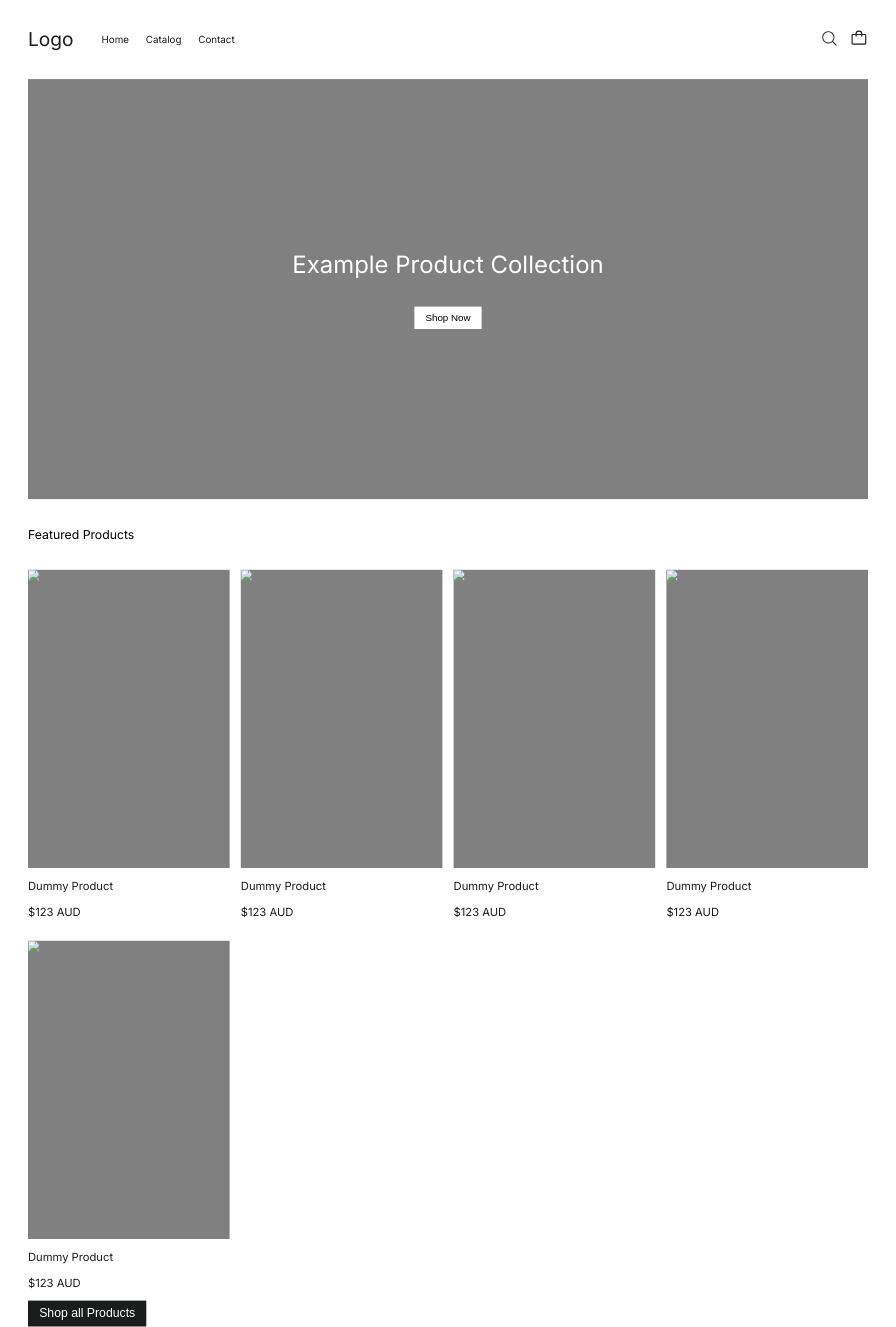
Repository: David-Waite/ecommercefrontendTemplate
Page: /
These files come from the project's save history. The page is drawn as it stood at one moment and after the next save; the edit follows.
The browser window is 1280 px wide. The pictures show the whole page, at 70% of full size.
The project was rebuilt for these pictures with package versions that can differ from the ones it lists, and the page was loaded fresh each time. The framework's server and built-in components were replaced by stand-ins that run in the browser. Also part of the build but not shown: next.config.js.

Above is the page before, as saved 2023-08-24 20:26:58.

### app/layout.js
import Nav from "./Components/Nav/Nav";
import "./globals.css";
import { Inter } from "next/font/google";

const inter = Inter({ subsets: ["latin"] });

export const metadata = {
  title: "Create Next App",
  description: "Generated by create next app",
};

export default function RootLayout({ children }) {
  return (
    <html lang="en">
      <body className={inter.className}>
        <Nav />
        {children}
      </body>
    </html>
  );
}

### app/page.js
import Image from "next/image";
import styles from "./page.module.css";
import Link from "next/link";
import PrimaryButton from "./Components/UI/PrimaryButton/PrimaryButton";
import ProductGrid from "./Components/UI/ProductsGrid/ProductGrid";
import ProductCard from "./Components/UI/ProductCard/ProductCard";

export default function Home() {
  const DUMMYFEATUREDPRODUCTS = [
    {
      id: "1",
      image: "",
      name: "Dummy Product",
      price: 123.0,
    },
    {
      id: "2",
      image: "",
      name: "Dummy Product",
      price: 123.0,
    },
    {
      id: "3",
      image: "",
      name: "Dummy Product",
      price: 123.0,
    },
    {
      id: "4",
      image: "",
      name: "Dummy Product",
      price: 123.0,
    },
    {
      id: "5",
      image: "",
      name: "Dummy Product",
      price: 123.0,
    },
  ];

  const featuredProducts = DUMMYFEATUREDPRODUCTS.map(
    ({ id, image, name, price }) => {
      return (
        <ProductCard
          key={id}
          image={image}
          name={name}
          price={price}
          id={id}
          fontSize={"var(--fontMinus1)"}
        />
      );
    }
  );
  return (
    <main className={styles.main}>
      <div className={styles.heroImage}>
        <h1>Example Product Collection</h1>
        <Link href={"#"}>
          <PrimaryButton text={"Shop Now"} />
        </Link>
      </div>

      <h2 className={styles.featuredProductHeading}>Featured Products</h2>
      <ProductGrid>{featuredProducts}</ProductGrid>

      <PrimaryButton
        text={"Shop all Products"}
        dark={true}
        fontSize={"var(--fontBase)"}
      />
    </main>
  );
}

### app/Components/Nav/Nav.js
"use client";
import Link from "next/link";
import { useState } from "react";
import {
  PiMagnifyingGlassLight,
  PiBag,
  PiListLight,
  PiXLight,
} from "react-icons/pi";
import styles from "./Nav.module.css";

export default function Nav() {
  const [navOpen, setNavOpen] = useState(false);

  function toggleMenu() {
    setNavOpen((prev) => !prev);
  }
  return (
    <nav className={styles.nav}>
      <div className={styles.menu} onClick={toggleMenu}>
        {!navOpen && <PiListLight fontSize={24} />}
        {navOpen && <PiXLight fontSize={24} />}
      </div>

      <div className={styles.moblieMenu} style={{ width: !navOpen && "0" }}>
        <Link href="/">Home</Link>
        <Link href="#">Catalog</Link>
        <Link href="#">Contact</Link>
      </div>
      <div className={styles.linksContainer}>
        <Link className={styles.logo} href="/">
          Logo
        </Link>
        <div className={styles.pagesContainer}>
          <Link href="/">Home</Link>
          <Link href="#">Catalog</Link>
          <Link href="#">Contact</Link>
        </div>
      </div>
      <div className={styles.iconsContainer}>
        <Link href="#">
          <PiMagnifyingGlassLight fontSize={26} />
        </Link>
        <Link href="#">
          <PiBag fontSize={26} />
        </Link>
      </div>
    </nav>
  );
}

### app/globals.css
:root {
  --primary: ;
  --black: #191d1b;
  --background: #ffffff;
  --white: #ffffff;
  --grey: #606060;
  --hoverGrey: #c5c5c5;
  --error: #a83c23;
  --max-width: 1500px;
  --fontBase: 17.5px;
  --fontPlus1: 21.88px;
  --fontPlus2: 27.34px;
  --fontPlus3: 34.18px;
  --fontMinus1: 14px;
  --fontMinus2: 11.2px;
  --marginMax: 40px;
  --margin1000: 32px;
  --marginMobile: 16px;
}

* {
  padding: 0;
  margin: 0;
  box-sizing: border-box;
}

### app/page.module.css
.main {
  margin: 0px auto;
  padding: 0px 40px;
  max-width: calc(var(--max-width) + 80px);
}
.heroImage {
  width: 100%;
  height: 600px;
  background-color: grey;
  display: flex;
  gap: 40px;
  flex-direction: column;
  align-items: center;
  justify-content: center;
}

.heroImage h1 {
  font-size: var(--fontPlus3);
  font-weight: 400;
  color: white;
}

.featuredProductHeading {
  margin: 40px 0;
  font-size: var(--fontBase);
  font-weight: 400;
}

@media (max-width: 1000px) {
  .main {
    padding: 0px var(--margin1000);
  }
}
@media (max-width: 768px) {
  .main {
    padding: 0px var(--marginMobile);
  }
}

### app/Components/UI/PrimaryButton/PrimaryButton.js
import Link from "next/link";
import styles from "./PrimaryButton.module.css";

export default function PrimaryButton({ text, fontSize, dark }) {
  return (
    <button
      className={`${styles.container} ${dark && styles.dark}`}
      style={{
        fontSize: fontSize,
        color: dark && "var(--white)",
      }}
    >
      {text}
    </button>
  );
}

### app/Components/UI/ProductsGrid/ProductGrid.js
import styles from "./ProductGrid.module.css";
export default function ProductGrid({ children }) {
  return <div className={styles.main}>{children}</div>;
}

### app/Components/UI/ProductCard/ProductCard.js
import Image from "next/image";
import Link from "next/link";
import styles from "./ProductCard.module.css";

export default function ProductCard({ image, name, price, id }) {
  return (
    <Link href={`/catalog/product${id}`} className={styles.main}>
      <div className={styles.imageContainer}>
        <Image src={image} fill={true} alt={name} />
      </div>
      <div className={styles.infoContainer}>
        <p className={styles.name}>{name}</p>
        <p className={styles.price}>${price} AUD</p>
      </div>
    </Link>
  );
}

### app/Components/Nav/Nav.module.css
.nav {
  display: flex;
  align-items: center;
  justify-content: space-between;
  margin: 0px auto;
  padding: 40px;
  max-width: calc(var(--max-width) + 80px);
  position: relative;
}

.linksContainer {
  display: flex;
  align-items: center;
  justify-content: center;
  gap: 40px;
}

.pagesContainer {
  display: flex;
  gap: 24px;
}

.pagesContainer {
  font-size: var(--fontMinus1);
}

.iconsContainer {
  display: flex;
  gap: 16px;
}
.nav a {
  text-decoration: none;
  color: var(--black);
}

.logo {
  font-size: var(--fontPlus2);
}
.moblieMenu {
  position: absolute;
  flex-direction: column;
  width: 400px;
  left: 0;
  top: 113px;
  height: calc(100vh - 113px);
  transition: 0.3s;
  overflow: hidden;
}
.moblieMenu a {
  padding: 16px 32px;
}

.moblieMenu a:hover {
  background-color: var(--hoverGrey);
}
.menu,
.moblieMenu {
  display: none;
}
@media (max-width: 1000px) {
  .nav {
    padding: 40px var(--margin1000);
  }
  .pagesContainer {
    display: none;
  }
  .menu {
    display: block;
  }
  .moblieMenu {
    display: flex;
  }
  .logo {
    margin-left: 42px;
  }
}
@media (max-width: 768px) {
  .nav {
    padding: 40px var(--marginMobile);
  }
  .moblieMenu {
    width: 90vw;
  }
}

### app/Components/UI/PrimaryButton/PrimaryButton.module.css
.container {
  background-color: var(--white);
  padding: 8px 16px;
  border: none;
  cursor: pointer;
  font-size: var(--fontMinus1);
}

.dark {
  background-color: var(--black);
}

.container:hover {
  background-color: var(--hoverGrey);
}

### app/Components/UI/ProductsGrid/ProductGrid.module.css
.main {
  display: grid;
  grid-template-columns: repeat(5, 1fr);

  gap: 40px;
}

@media (max-width: 1500px) {
  .main {
    grid-template-columns: repeat(4, 1fr);
    gap: 16px;
  }
}

@media (max-width: 1000px) {
  .main {
    grid-template-columns: repeat(2, 1fr);
    gap: 32px;
  }
}

@media (max-width: 778px) {
  .main {
    gap: 8px;
  }
}

### app/Components/UI/ProductCard/ProductCard.module.css
.imageContainer {
  height: calc((((1500px - 160px) / 5) * 1.5));
  position: relative;
  /* (total view width / amount of padding total (container + total gap)) / amount of col - 3 * 2) */
  background-color: grey;
}

.main {
  text-decoration: none;
}

.infoContainer {
  display: flex;
  flex-direction: column;
  gap: 16px;
  margin: 16px 0;
  color: var(--black);
}

@media (max-width: 1500px) {
  .imageContainer {
    height: calc((100vw - 64px - (var(--marginMax) * 2)) / 4 * 1.5);
    /* (total view width / amount of padding total (container + total gap)) / amount of col - 3 * 2) */
  }
}

@media (max-width: 1000px) {
  .imageContainer {
    height: calc((100vw - 32px - (var(--margin1000) * 2)) / 2 * 1.5);
    /* (total view width / amount of padding total (container + total gap)) / amount of col - 3 * 2) */
  }
}

@media (max-width: 778) {
  .imageContainer {
    height: calc((100vw - 8px - (var(--marginMobile) * 2)) / 2 * 1.5);
    /* (total view width / amount of padding total (container + total gap)) / amount of col - 3 * 2) */
  }
}

After the next save:
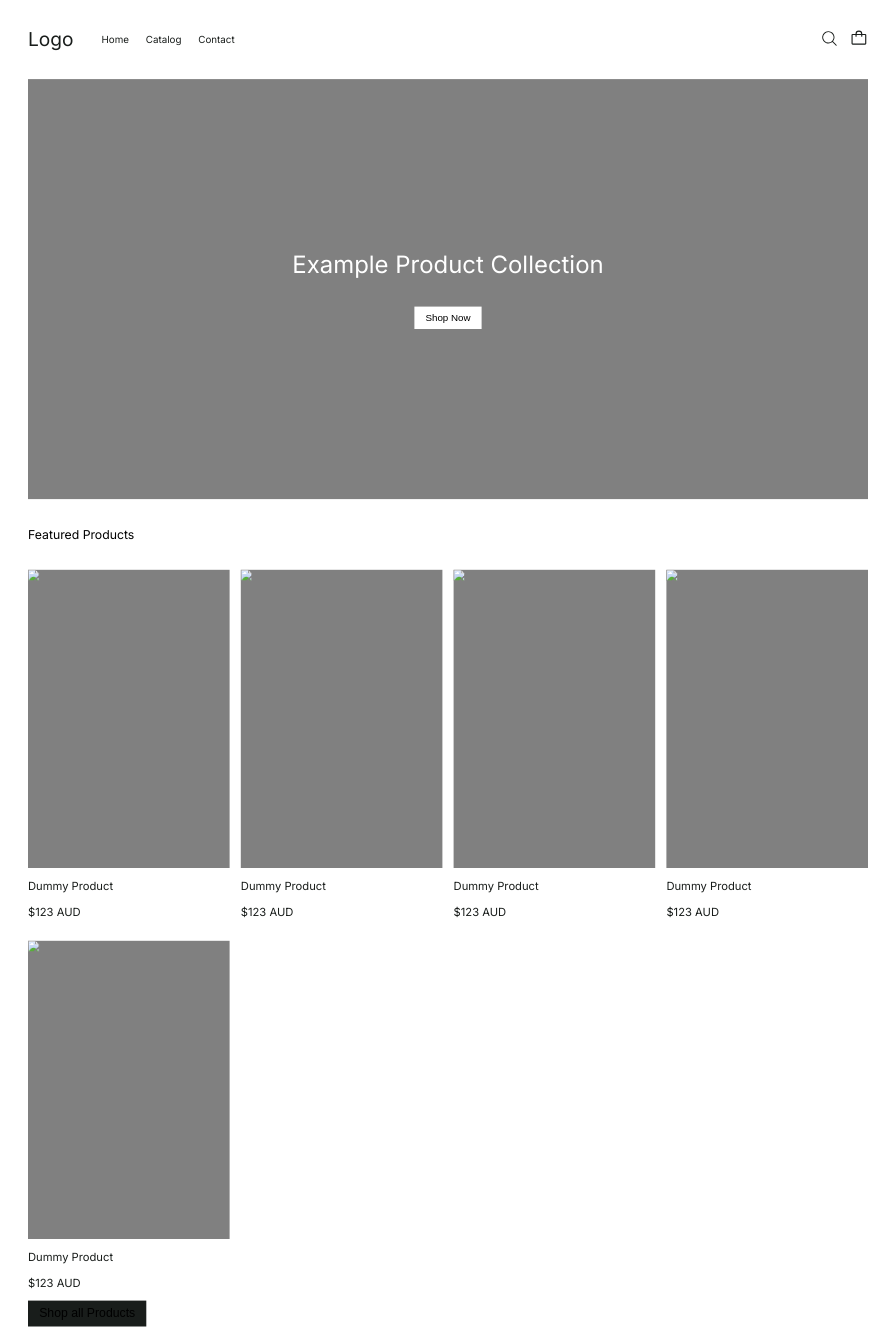
Saved 8 s later.
--- a/app/Components/UI/PrimaryButton/PrimaryButton.js
+++ b/app/Components/UI/PrimaryButton/PrimaryButton.js
@@ -7,7 +7,6 @@
       className={`${styles.container} ${dark && styles.dark}`}
       style={{
         fontSize: fontSize,
-        color: dark && "var(--white)",
       }}
     >
       {text}

After the save that followed:
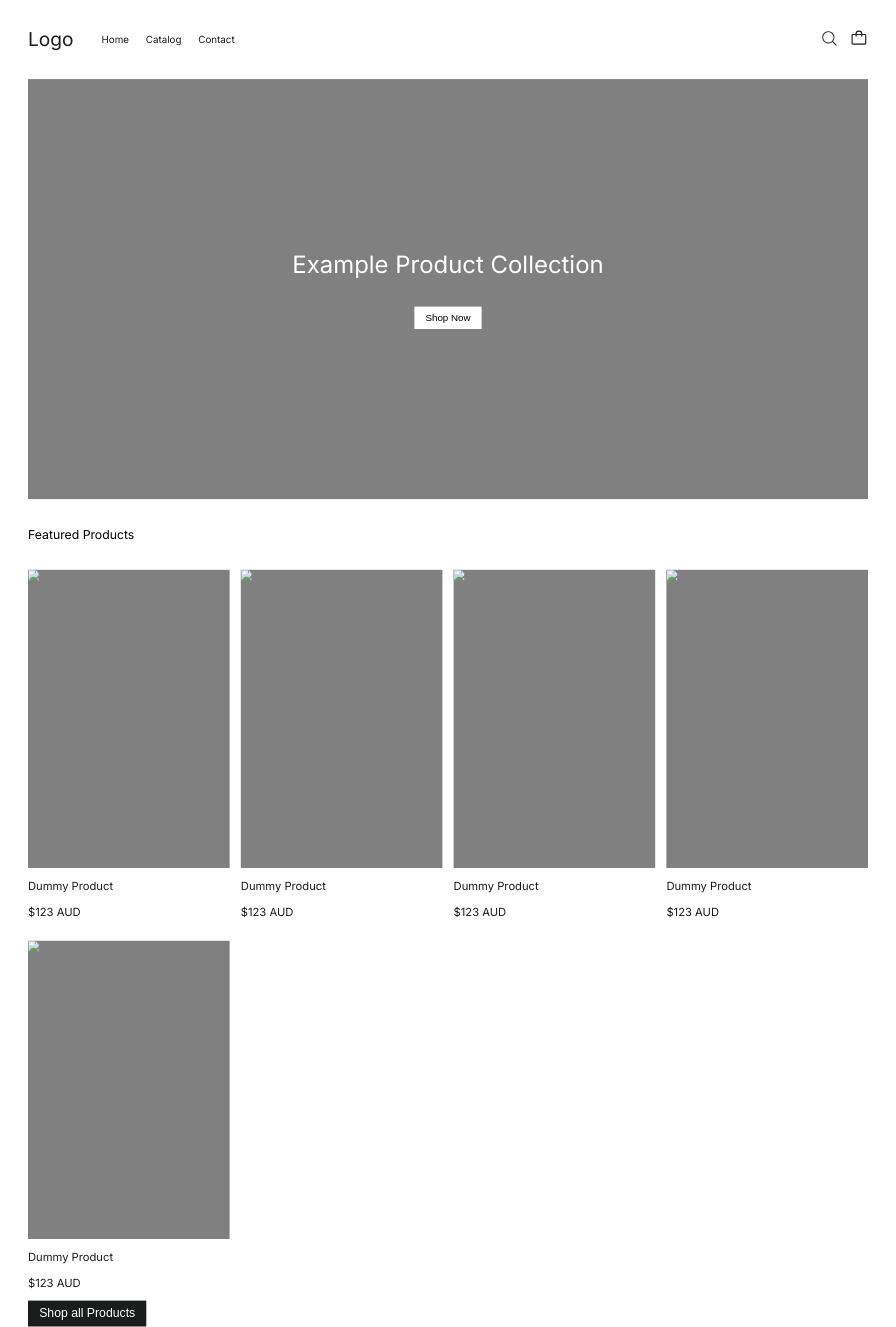
Saved 13 s later.
--- a/app/Components/UI/PrimaryButton/PrimaryButton.module.css
+++ b/app/Components/UI/PrimaryButton/PrimaryButton.module.css
@@ -8,6 +8,7 @@
 
 .dark {
   background-color: var(--black);
+  color: var(--white);
 }
 
 .container:hover {
